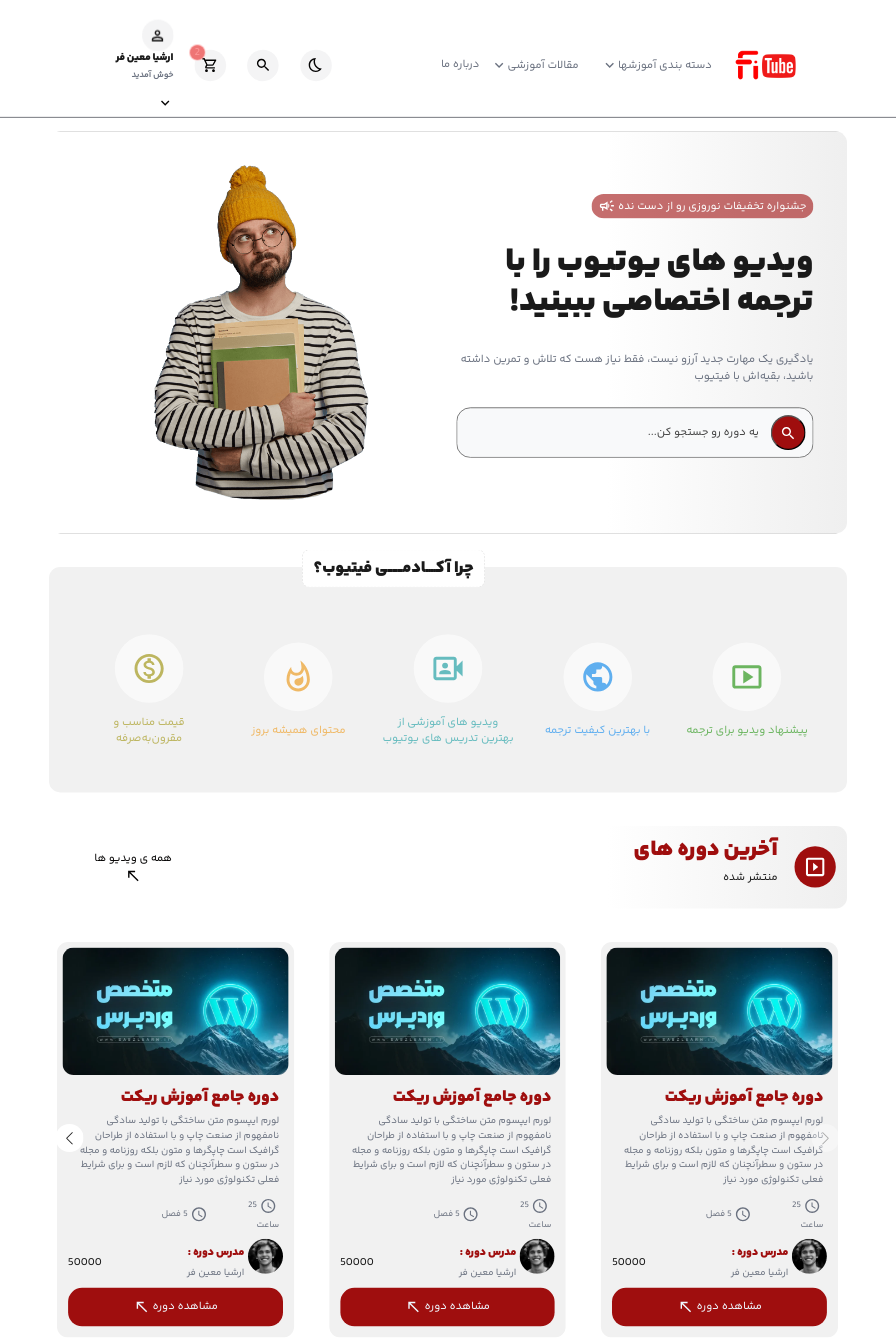
Repository: arshiamoeinfar/fitube
Page: /
These files come from the project's save history. The page is drawn as it stood at one moment and after a run of saves; the edit follows.
The browser window is 1280 px wide. The pictures show the part of the page from y = 0 to 1920 px (the page is 2992 px tall before and 2951 px after), at 70% of full size.
The project was rebuilt for these pictures with package versions that can differ from the ones it lists, and the page was loaded fresh each time. Also part of the build but not shown: src/components/LandingCounter/LandingCounter.css, src/components/LandingCounter/LandingCounter.js, src/components/BoxHeader/BoxHeader.jsx, src/components/Category/Category.jsx, src/components/CartPermium/CartPremium.jsx, src/components/BuyPremium/BuyPremium.jsx, src/pages/Login/Login.js, src/components/MovieHeader/VideoPlayer.css and 2 more. Imported but missing from the stored project, and not drawn on this page: src/assets/videos/video5972191431412946595.mp4.

Above is the page before, as saved 2025-04-04 12:12:51.

### src/index.css
@font-face {
    font-family: 'YakanBakh';
    src: url("./assets/fonts/YekanBakh-Black.ttf") format('truetype');
}
@font-face {
    font-family: 'YakanBakhMedium';
    src: url("./assets/fonts/YekanBakh-Regular.ttf") format('truetype');
}


:root{
    --bs-font-bold: 'YakanBakh';
    --bs-font-md: 'YakanBakhMedium';
}
* {
  margin: 0;
  padding: 0;
  box-sizing: border-box;
  direction: rtl;
}

html,
body {
  width: 100%;
  height: 100%;
  margin: 0;
  padding: 0;
  background-color: #00000000;
}

### src/components/DarkMode/DarkMode.jsx
import { useState, useEffect } from "react";
import { IconButton } from "@mui/material";
import { Brightness4, Brightness7 } from "@mui/icons-material";
import BedtimeOutlinedIcon from '@mui/icons-material/BedtimeOutlined';
import WbSunnyOutlinedIcon from '@mui/icons-material/WbSunnyOutlined';
import "./DarkMode.css";
const ThemeToggle = () => {
    const [theme, setTheme] = useState(localStorage.getItem("theme") || "light");

    useEffect(() => {
        document.documentElement.setAttribute("data-bs-theme", theme);
        localStorage.setItem("theme", theme);
    }, [theme]);

    return (
        <IconButton onClick={() => setTheme(theme === "light" ? "dark" : "light")} color="inherit">
            {theme === "light" ? <BedtimeOutlinedIcon /> : <WbSunnyOutlinedIcon />}
        </IconButton>
    );
};

export default ThemeToggle;

### src/components/DarkMode/DarkMode.css

#btn-DarkMode {
  background-color: var(--btn-bg-color);
  color: var(--btn-color);
  border-color: var(--btn-border-color);
}

:root[data-bs-theme="dark"] {
    --bs-body-bg: #0d0d0d; /* پس‌زمینه کاملاً تاریک */
    --bs-body-color: #e0e0e0; /* متن خاکستری روشن برای خوانایی */
    --bs-card-bg: #1a1a1a; /* رنگ کارت‌ها */
    --bs-card-border-color: #333; /* رنگ بردر کارت */
    --bs-btn-bg: #ffffff; /* رنگ دکمه‌ها */
    --bs-btn-border-color: #444;
    --bs-btn-hover-bg: #333;
    --bs-link-color: #9acd32; /* رنگ لینک‌ها */
    --bg-utility-navbar: #1b1b21;
    --bs-submenu-bg: #9f0e0e;
    --bs-menu-bg:#fff;
    --bs-main-color: #15151A;
    --bs-main-color2: #111115;
    --bs-back-main-2:#121218;
    --bs-btn-hover: #600707;
    --bs-text-color: #ffffff;
}
:root[data-bs-theme="light"] {
    --bs-body-bg: #ffffff; /* پس‌زمینه کاملاً تاریک */
    --bs-body-color: #1a1a1a; /* متن خاکستری روشن برای خوانایی */
    --bs-card-bg: #1a1a1a; /* رنگ کارت‌ها */
    --bs-card-border-color: #333; /* رنگ بردر کارت */
    --bs-btn-bg: #050404; /* رنگ دکمه‌ها */
    --bs-btn-border-color: #444;
    --bs-btn-hover-bg: #333;
    --bs-link-color: #9acd32; /* رنگ لینک‌ها */
    --bg-utility-navbar: #f4f4f5;
    --bs-submenu-bg: #9f0e0e;
    --bs-menu-bg:#9f0e0e;
    --bs-main-color: #efefef;
    --bs-main-color2: #f4f4f4;
    --bs-back-main-2:#f1f1f1;
    --bs-btn-hover: #600707;
    --bs-text-color: #9f0e0e;
}

### src/components/Navbar/Navbar.jsx
import React, { useState } from "react";
import { Link } from "react-router-dom";
import { Navbar, Container, Nav, Row, Col } from "react-bootstrap";
import logo from "./../../assets/icons/Logo.png";
import "./Navbar.css";
import SearchIcon from "@mui/icons-material/Search";
import KeyboardArrowDownIcon from "@mui/icons-material/KeyboardArrowDown";
import KeyboardArrowLeftIcon from "@mui/icons-material/KeyboardArrowLeft";
import ShoppingCartOutlinedIcon from "@mui/icons-material/ShoppingCartOutlined";
import PersonOutlineOutlinedIcon from "@mui/icons-material/PersonOutlineOutlined";
import DarkMode from "../DarkMode/DarkMode";
import CloseIcon from "@mui/icons-material/Close";
const Header = () => {
  const [isShowSerachBox, setIsShowSerachBox] = useState(false);

  return (
    <Navbar id="navbar" className="container-fluid px-3 mx-auto ">
      {isShowSerachBox ? (
        <div className="container  p-0 search-box w-100 d-flex justify-content-between align-items-center">
          <div className="contact-email">
            <input type="text" placeholder="نام دوزه یا مقاله را جستجو نمایید..." className="w-100"/>
          </div>
          <div className="icon-close-searchBox" onClick={() => setIsShowSerachBox(false)}>
            <CloseIcon fontSize="medium" />
          </div>
        </div>
      ) : (
        <div
          id="navbar-container"
          className=" d-flex justify-content-between align-items-center mx-auto"
        >
          <div className="row d-flex justify-content-between align-items-center w-100">
            <div className="col-8 d-flex align-items-center justify-content-start">
              <div className="logo">
                <Link to="/">
                  <img className="logo-navbar" src={logo} alt="logo" />
                </Link>
              </div>
              <div className="menus-navbar">
                <Nav
                  id="navbar-menus"
                  className=" d-flex align-items-center justify-content-start mx-3"
                >
                  <div className="menu  d-flex justify-contant-end align-items-end ">
                    <li
                      className=" mx-3 text-decoration-none nav_link"
                      to="#home"
                    >
                      دسته بندی آموزشها
                      <KeyboardArrowDownIcon />
                      <div className="subMenu">
                        <li>
                          برنامه نویسی
                          <KeyboardArrowLeftIcon />
                        </li>
                        <li>
                          برنامه نویسی
                          <KeyboardArrowLeftIcon />
                        </li>
                        <li>
                          برنامه نویسی
                          <KeyboardArrowLeftIcon />
                        </li>
                        <li>
                          برنامه نویسی
                          <KeyboardArrowLeftIcon />
                        </li>
                        <li>
                          برنامه نویسی
                          <KeyboardArrowLeftIcon />
                        </li>
                        <li>
                          برنامه نویسی
                          <KeyboardArrowLeftIcon />
                        </li>
                        <li>
                          برنامه نویسی
                          <KeyboardArrowLeftIcon />
                        </li>
                        <li>
                          برنامه نویسی
                          <KeyboardArrowLeftIcon />
                        </li>
                      </div>
                    </li>
                  </div>
                  <div className="menu  d-flex justify-contant-end align-items-end ">
                    <li
                      className=" mx-3 text-decoration-none nav_link"
                      to="#home"
                    >
                      مقالات آموزشی
                      <KeyboardArrowDownIcon />
                      <div className="subMenu">
                        <li>
                          برنامه نویسی
                          <KeyboardArrowLeftIcon />
                        </li>
                        <li>
                          برنامه نویسی
                          <KeyboardArrowLeftIcon />
                        </li>
                        <li>
                          برنامه نویسی
                          <KeyboardArrowLeftIcon />
                        </li>
                        <li>
                          برنامه نویسی
                          <KeyboardArrowLeftIcon />
                        </li>
                        <li>
                          برنامه نویسی
                          <KeyboardArrowLeftIcon />
                        </li>
                        <li>
                          برنامه نویسی
                          <KeyboardArrowLeftIcon />
                        </li>
                        <li>
                          برنامه نویسی
                          <KeyboardArrowLeftIcon />
                        </li>
                        <li>
                          برنامه نویسی
                          <KeyboardArrowLeftIcon />
                        </li>
                      </div>
                    </li>
                  </div>
                  <li>
                    <Link className="nav_link text-decoration-none" to="/about">
                      درباره ما
                    </Link>
                  </li>
                </Nav>
              </div>
            </div>
            <div className="col-4">
              <div className="utility-bar d-flex justify-content-between align-items-center">
                {/* <img src={moon} alt="" /> */}

                <div className="_icon_Navbar">
                  <DarkMode />
                  {/* <WbSunnyIcon className="" /> */}
                </div>
                <div
                  className="_icon_Navbar"
                  onClick={() => setIsShowSerachBox(true)}
                >
                  <SearchIcon className=" " />
                </div>
                <div className="_icon_Navbar">
                  <ShoppingCartOutlinedIcon className=" " />
                  <span className="number_product reletive">
                    <span class="ping-effect"></span>
                    <span class="relative inline-flex h-5 w-5 bg-blue-500 rounded-full">
                      2
                    </span>
                  </span>
                </div>
                <div className="">
                <div className="_icon_Navbar">
                  <PersonOutlineOutlinedIcon className=" " />
                </div>
                <div className="userLoginInfo">
                  <h3>ارشیا معین فر</h3>
                  <p>خوش آمدید</p>
                </div>
                <div className="userLoginArrow">
                  <KeyboardArrowDownIcon className="" />
                </div>

                </div>
              </div>
            </div>
          </div>
        </div>
      )}
    </Navbar>
  );
};

export default Header;

### src/components/Header/Header.jsx

import "./Header.css";
import SearchIcon from '@mui/icons-material/Search';
import BoxHeader from "../BoxHeader/BoxHeader";
import main from "./../../assets/images/main.png";
import CampaignOutlinedIcon from '@mui/icons-material/CampaignOutlined';
const AnimatedHeader = () => {
  return (
    <div className="container-fluid  ">
     <div  className="container bg-black rounded-4 p-5 main">

      <div className="row d-flex justify-content-between align-items-center">
        <div className="col-6">
          <div className="header">
            <span id='span-off'>جشنواره تخفیفات نوروزی رو از دست نده <CampaignOutlinedIcon/></span>
            <h1 className="title-main">ویدیو های یوتیوب را با ترجمه اختصاصی ببینید!</h1>
            <p className="text-main">یادگیری یک مهارت جدید آرزو نیست، فقط نیاز هست که تلاش و تمرین داشته باشید، بقیه‌اش با فیتیوب</p>
            <div id="container-input-search" className="input-group mb-3 bg-light">
              <button id="btn-search" className="" type="button">
                <SearchIcon />
              </button>
              <input
              id="input-search"
              type="text" className="form-control " placeholder="یه دوره رو جستجو کن..." />
            </div>
          </div>
        </div>
        <div className="col-6  d-flex justify-content-center align-items-center">
          <img className="img-main-header" src={main} alt="" />
        </div>
      </div>
     </div>
    </div>
  );
};

export default AnimatedHeader;

### src/components/Mostpopular/Most popular.jsx
import React from "react";
import "./Mostpopular.css";
import SlideshowIcon from "@mui/icons-material/Slideshow";
import NorthWestIcon from '@mui/icons-material/NorthWest';
const MostPopular = () => {
  return (
    <div id="container-most" className="container rounded-4 mt-5 p-3">
      <div className="continer-popular  d-flex justify-content-between">
      <div className="row w-100  d-flex justify-content-between align-items-center">
        <div className="col-10 d-flex align-items-center">
          <div className="icon-popular-bac">
            <SlideshowIcon className="icon-popular" fontSize="large" />
          </div>
          <div className="text-poular me-4">
            <h2>آخرین دوره های</h2>
            <p>منتشر شده</p>
          </div>
        </div>
        <div className="col-2">
          <div className="btn-popular">
            <button className="btn-disabled-hover">همه ی ویدیو ها <NorthWestIcon/></button>
          </div>
        </div>
      </div>

      </div>
    </div>
  );
};

export default MostPopular;

### src/components/Header/Header.css
.container-fluid{
  margin-top: 20px;
}
.main {
  background: linear-gradient(
    to right,
    var(--bs-body-bg) 0%,
    var(--bs-body-bg) 40%,
    var(--bs-body-bg) 70%,
    var(--bs-main-color2) 90%,
    var(--bs-main-color) 100%
  );
}
#span-off {
  background-color: var(--bs-submenu-bg);
  font-family: var(--bs-font-md);
  border-radius: 20px;
  padding: 5px 10px;
  color: white;
  animation: breathEffect 3s infinite ease-in-out;
}
@keyframes breathEffect {
  0% {
    transform: scale(1);
    opacity: 0.5;
  }
  50% {
    transform: scale(1.5);
    opacity: 1;
  }
  100% {
    transform: scale(2);
    opacity: 0.5;
  }
}
.title-main {
  font-family: var(--bs-font-bold);
  margin: 2.5rem 0;
  font-size: 3rem;
}
.text-main {
  font-family: var(--bs-font-md);
  color: #6b7280;
  font-size: 1rem;
  margin-bottom: 2rem;
}
#container-input-search {
  padding: 10px;
  border-radius: 20px;
  border: 1px solid var(--bs-btn-border-color);
}
#btn-search {
  width: 50px;
  height: 50px;
  border-radius: 50%;
  margin: auto;
  background-color: var(--bs-submenu-bg);
  color: #ffffff;
}
#input-search {
  font-family: var(--bs-font-md);
  font-size: 16px;
  color: #6b7280;
  background-color: transparent;
  border: none;
  margin-right: 5px;
}
.form-control:focus,
input:focus {
  outline: none !important;
  box-shadow: none !important;
}
#input-search::placeholder {
  font-size: 16px;
  font-family: var(--bs-font-md);
  color: var(--bs-btn-border-color);
}
.img-main-header {
  width: 60%;
}

### src/components/Category/Category.css
@font-face {
 font-family: "YekanBakh";
 src: url("./../../assets/fonts/YekanBakh-ExtraBlack.ttf");
}
@font-face {
    font-family: "YekanBakhRegular";
    src: url("./../../assets/fonts/YekanBakh-Bold.ttf");
  }
  @font-face {
    font-family: "YekanBakhMedium";
    src: url("./../../assets/fonts/YekanBakh-SemiBold.ttf");
  }
#container{
  /* margin-top: -30rem; */
}

#title{
    font-size: 3rem;
    color: #ffffff;
    font-family: "YekanBakh";
}

#title-category{
    font-family: "YekanBakhRegular";
    font-size:1.3rem;
}
#btn-category{
    border: none;
    color: #ffffff;
    padding: 1rem;
    font-family: "YekanBakhMedium";
}

  /* تغییر رنگ آیکون فلش */
  .swiper-button-next::after,
  .swiper-button-prev::after {
    color: rgb(255, 255, 255); /* رنگ فلش */
    font-size: 18px; /* اندازه فلش */
  }

  /* تغییر استایل هنگام هاور */
  .swiper-button-next:hover,
  .swiper-button-prev:hover {
    background-color: rgba(255, 255, 255, 0.8);
  }

  /* استایل دکمه‌های غیرفعال (موقعی که به آخر اسلاید برسیم) */
  .swiper-button-disabled {
    opacity: 0.3;
    pointer-events: none;
  }

  /* مخفی کردن دکمه‌ها در موبایل */
  @media (max-width: 768px) {
    .swiper-button-next, .swiper-button-prev {
      display: none;
    }
  }
  .swiper-pagination {
    bottom: 10px !important; /* مقدار را بیشتر یا کمتر کن تا تنظیم شود */
    z-index: 1000;
    position: absolute;
  }
  .swiper-pagination-bullet{
    background-color: #f16969;
    opacity: 0.5;
  }
  .swiper-pagination-bullet-active{
    background-color: #ff0000;
    opacity: 1;
  }

### src/components/Mostpopular/Mostpopular.css

#container-most {
  background: linear-gradient(
    to right,
    var(--bs-body-bg) 0%,
    var(--bs-body-bg) 40%,
    var(--bs-body-bg) 70%,
    var(--bs-main-color2) 90%,
    var(--bs-main-color) 100%
  );

}

.icon-popular-bac{
  padding: 12px;
  border-radius: 50%;
  background-color: #9f0e0e;
}
.icon-popular{
  color: white;
}
.text-poular h2{
  font-family: var(--bs-font-bold);
  color: #9f0e0e;
}
.text-poular p{
  font-family: var(--bs-font-md);
  color: var( --bs-body-color);
}

.text-poular{
  margin-right: 10px;
}

.btn-popular button{
  color: var( --bs-btn-bg);
  background-color: var(--bs-body-bg);
  padding: 10px 13px;
  border-radius: 30px;
  font-family: var(--bs-font-md);
  border: none;
  transition: all 0.3s ease;
}
.btn-popular button:hover{
color: #9f0e0e;
background-color: var(--bs-body-bg);
}

### src/components/CartPermium/CartPremium.css
@font-face {
  font-family: "YakanBakh";
  src: url("../../assets/fonts/YekanBakh-Black.ttf");
}

#container_card {
    width: 100%;
    height: 100%;
    background: linear-gradient(
        to right,
    rgb(189, 2, 2),
    rgba(55, 3, 3, 0.97),
    rgba(44, 8, 8, 0.91),
    rgba(72, 16, 16, 0.799)
    );
    position: relative;
    top: 8rem;
}

.container_card {
  width: 100%;
  height: 100%;
}
#text_card_premium {
  font-size: 2.5rem;
  color: #ffffff;
  font-family: "YakanBakh";
}

### src/components/BuyPremium/BuyPremium.css
@font-face {
  font-family: "YakanBakh";
  src: url("../../assets/fonts/YekanBakh-Black.ttf");
}
@font-face {
  font-family: "YakanBakhMedium";
  src: url("../../assets/fonts/YekanBakh-Regular.ttf");
}

#container {
  margin-top: 10rem;
}

#container_card_buy {
  width: 100%;
  height: 100%;
  background: linear-gradient(
    to right,
    rgba(15, 15, 15, 1),
    rgba(52, 20, 20, 0.97),
    rgba(58, 24, 24, 0.91),
    rgba(232, 8, 8, 0.56)
  );
}

#text_title_card_buy{
    font-size: 2.5rem;
    color: #ffffff;
    font-family: "YakanBakh";
    margin-bottom: 1rem;
}

#text_card_buy{
    font-size: 1rem;
    color: #ffffff;
    font-family: "YakanBakhMedium";
}


#button_card_buy{
    font-size: 1.1rem;
    color: #ffffff;
    font-family: "YakanBakhMedium";
}

### src/components/WayUs/Wayus.css
.title {
  font-family: var(--bs-font-bold);
  background-color: var(--bs-body-bg);
  font-size: 1.5rem;
  border: 1px dashed #e3e3e3;
  width: fit-content;
  margin: auto;
  padding: 8px 15px;
  border-radius: 10px;
  position: absolute;
  transform: translate(-180%, -135%);
}
.features {
  animation: breathEffect 3s infinite ease-in-out;
}
#container-way-us {
  background-color: var(--bs-back-main-2);
}
@keyframes breathEffect {
  0% {
    opacity: 0.6;
  }
  50% {
    opacity: 1;
  }
  100% {
    opacity: 0.6;
  }
}
.circle {
  background-color: var(--bs-body-bg);
}
.circle-1 {
  color: #0b999e;
}
.circle-3 {
  color: #0184ef;
}
.circle-2 {
  color: #158e00;
}
.circle-4 {
  color: #ef940a;
}
.circle-5 {
  color: #9c8f00;
}
.text-WayUs {
  font-family: var(--bs-font-md);
  margin-top: 1rem;
}

### src/components/BoxCourses/BoxCourses.css

.container-box-courses{
    background-color: var(--bs-back-main-2);
      border-radius: 1rem;
}
.swiper-button-prev{
    background-color: var(--bs-body-bg);
    padding: 10px;
    width: 40px;
    height: 40px;
    border-radius: 50%;
    transition: all 0.3s ease;
}
.swiper-button-next{
    background-color: var(--bs-body-bg);
    padding: 10px;
    width: 40px;
    height: 40px;
    border-radius: 50%;
    transition: all 0.3s ease;
}
.swiper-button-next::after ,
.swiper-button-prev::after{
    color: var( --bs-body-color);
}
.swiper-button-next:hover ,
.swiper-button-prev:hover{
    background-color: var(--bs-body-bg);
}
.img-courses img{
    width: 300px;
    cursor: pointer;
}
.info-box-courses{
    cursor: pointer;
}
.info-box-courses h3{
    font-family: var(--bs-font-bold);
    margin: 10px 5px;
    font-size: 1.5rem;
color: var(    --bs-text-color);
}
.info-box-courses p{
    font-family: var(--bs-font-md);
    margin: 10px 5px;
    color: #6b7280;
    font-size: 14px;
}
.date-score-season{
    display: flex;
    justify-content: start;
    margin: 10px 5px;
}
.date-score-season span{
    font-family: var(--bs-font-md);
    font-size: 0.8rem;
    color: #6b7280;
}

.img-course img{
    width: 50px;
}
.info-teacher-course{
    width: 100%;

}
.info-teacher-course span{
    font-family: var(--bs-font-md);
}
.info-teacher h3{
font-size: 1rem;
}
.btn-courses{
    font-family: var(--bs-font-md);
    background-color: #6666;
    padding: 15px 10px;
    border-radius: 20px;
    border: none;
    background-color: var(--bs-submenu-bg);
    color: aliceblue;
    transition: all 0.3s ease;
}
.btn-courses:hover{
    background-color: #600707;
}

### src/components/Comments/Comments.css
/* .container-commment{
    height: 800px;
} */
.logo-comment {
  background-color: #9f0e0e;
  padding: 12px;
  width: 60px;
  height: 60px;
  border-radius: 50%;
}
.icon-comments {
  color: #fff;
}
.title-comment h3 {
  font-family: var(--bs-font-bold);
  color: #9f0e0e;;
}
.title-comment p {
  font-family: var(--bs-font-md);
  color: #6b7280;
}
.box-comments {
  background-color: var(--bs-back-main-2);
}
.box-comment-texts {
  font-family: var(--bs-font-md);
  color: #6b7280;
}
.customer-name {
  font-family: var(--bs-font-bold);
  color: var(--bs-text-color);
}
.customer-course {
  font-family: var(--bs-font-md);
  color: #6b7280;
}
.img-comment-customer {
  width: 50px;
  height: 50px;
  border-radius: 50%;
}

### src/components/BoxHeader/BoxHeader.css

@font-face {
    font-family: "YekanBakh";
    src: url("../../assets/fonts/YekanBakh-ExtraBold.ttf");
}

#boxHeader{
    border-radius: 10px;
    width:fit-content;
    height: fit-content;
    display: flex;
    justify-content: center;
    align-items: center;
    position: absolute;
    top: 50%;
    left: 50%;
    transform: translate(-50%, 20%);
}

.box-header-item{
    width: 200px;
    height: 200px;
    border-radius: 10px;
    display: flex;
    justify-content: center;
    align-items: center;
    flex-direction: column;
    text-align: center;
    color: black;
    font-family: "YekanBakh";
}

.landing-status__text{
    font-size: 20px;
    font-weight: 500;
    color: #898989;
}

Loaded but not shown: public/index.html (common file); src/index.js (common file); src/pages/Index/Index.js (24 lines, source omitted); src/App.js (19 lines, source omitted); src/routes.js (9 lines, source omitted); src/components/BoxCourses/BoxCourses.jsx (256 lines, source omitted); src/components/Footer/Footer.jsx (150 lines, source omitted); src/components/Comments/Comments.jsx (85 lines, source omitted); src/components/Navbar/Navbar.css (162 lines, source omitted); src/components/WayUs/Wayus.jsx (66 lines, source omitted); src/components/Footer/Footer.css (137 lines, source omitted)

After the next 2 saves:
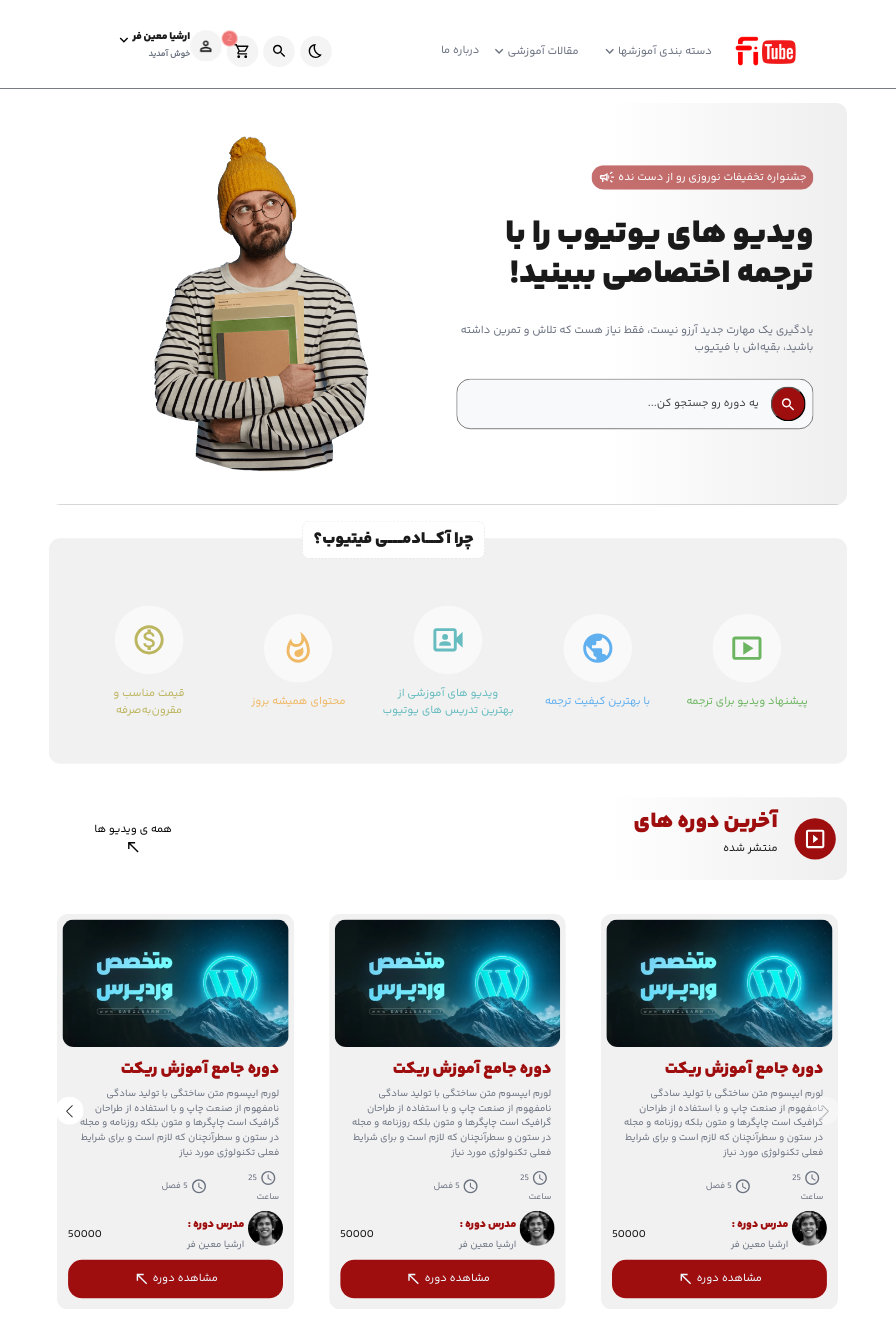
The 2 saves are shown as one change because they came seconds apart.
The last was saved 7 s later.
--- a/src/components/Navbar/Navbar.jsx
+++ b/src/components/Navbar/Navbar.jsx
@@ -158,7 +158,7 @@ const Header = () => {
                     </span>
                   </span>
                 </div>
-                <div className="">
+                <div className="d-flex">
                 <div className="_icon_Navbar">
                   <PersonOutlineOutlinedIcon className=" " />
                 </div>
